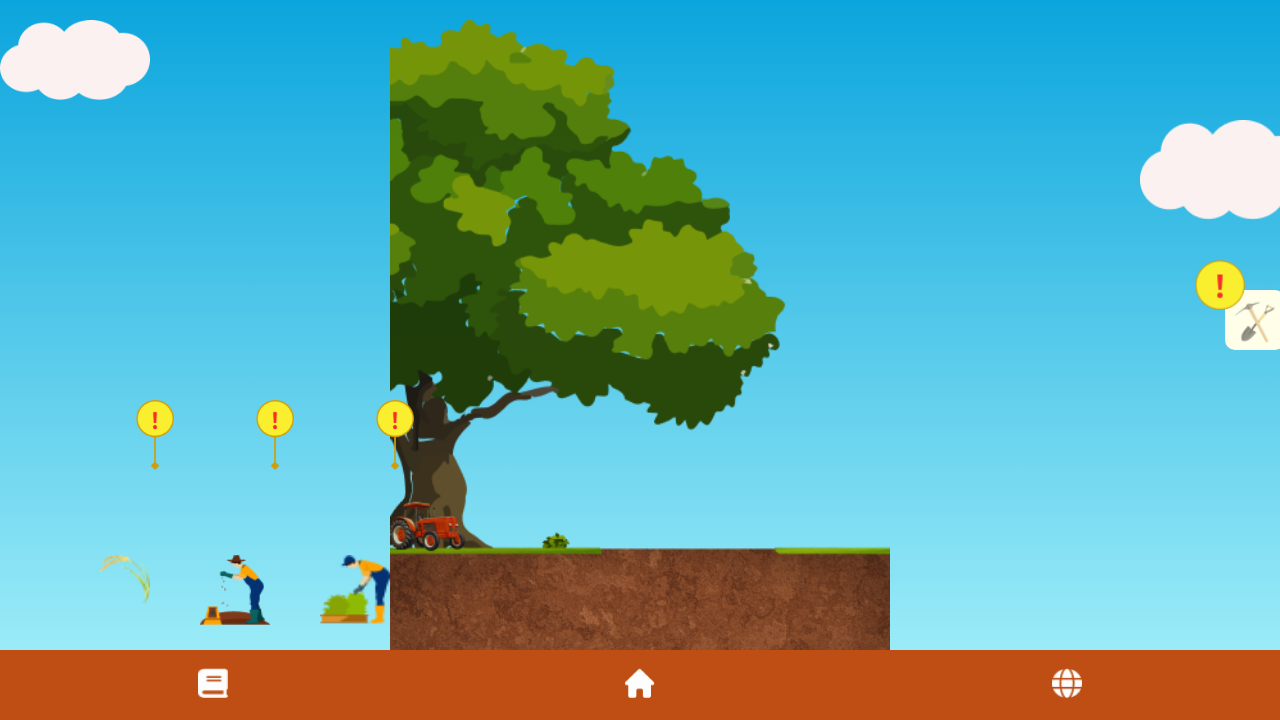
Repository: kobuchisouta/kome-app
Page: /
The author's editor kept a copy of each file at every save. The page is drawn from the files as they stood at one save, then again after the next save.
The browser window is 1280 px wide. The pictures show the whole page.
The project was rebuilt for these pictures with package versions that can differ from the ones it lists, and the page was loaded fresh each time. The framework's server and built-in components were replaced by stand-ins that run in the browser. Also part of the build but not shown: next.config.ts.

Above is the page before, as saved 2025-01-29 11:17:01.

After the next save:
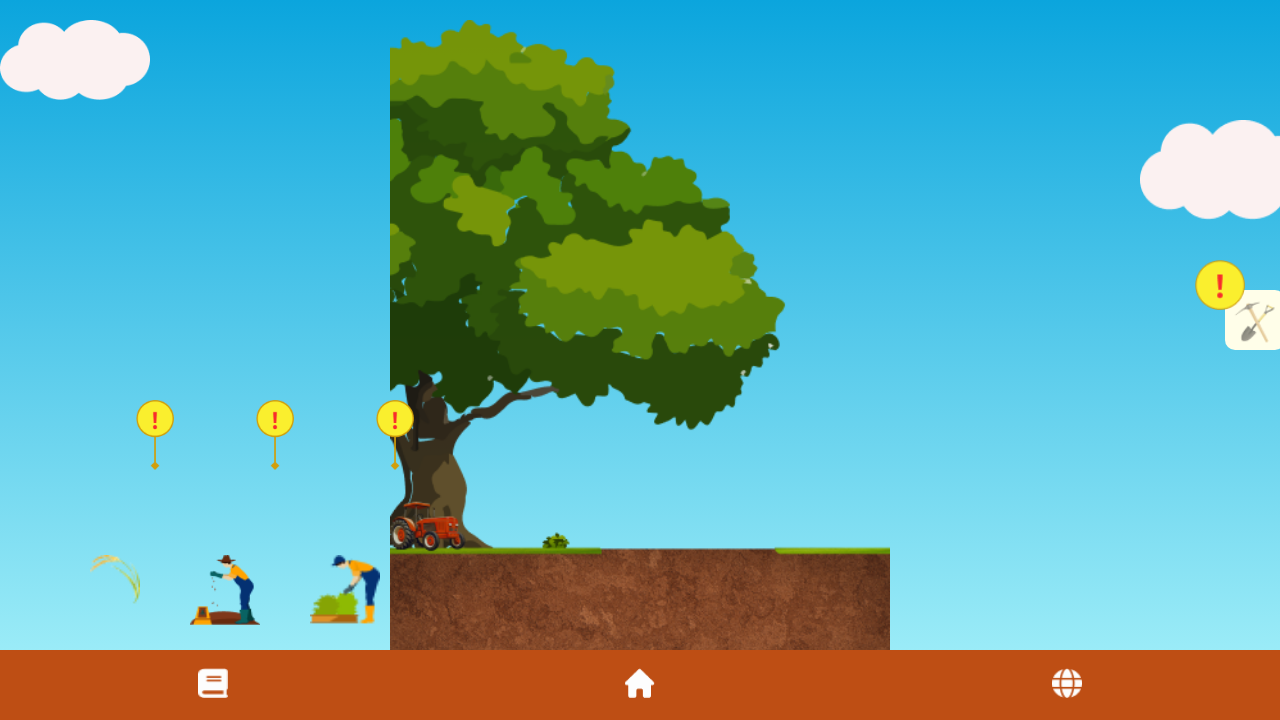
Saved 15 s later.
--- a/src/app/page.module.css
+++ b/src/app/page.module.css
@@ -52,7 +52,7 @@
 		display: flex;
 		gap: 50px;
 		top: 555px;
-		left: 100px;
+		left: 90px;
 	}
 
 	.stagePick {
